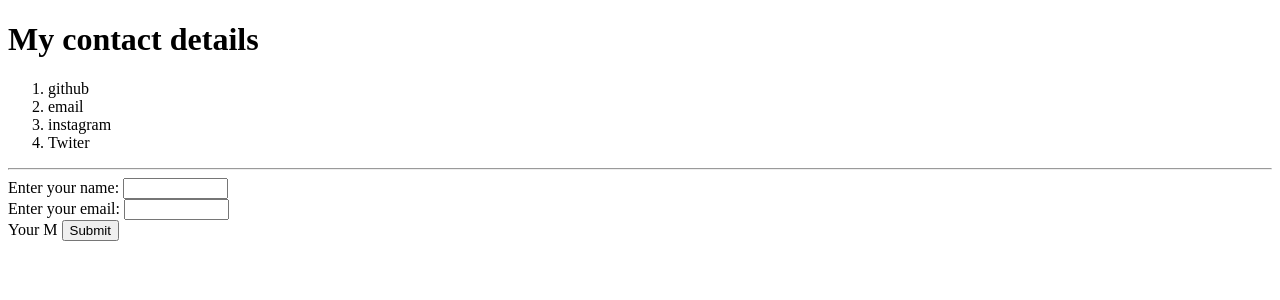
Repository: ew-code/Web-Development
Page: HTML - Personal Site/contact.html
These files come from the project's save history. The page is drawn as it stood at one moment and after the next save; the edit follows.
The browser window is 1280 px wide. The pictures show the whole page.

Above is the page before, as saved 2021-01-04 23:56:52.

After the next save:
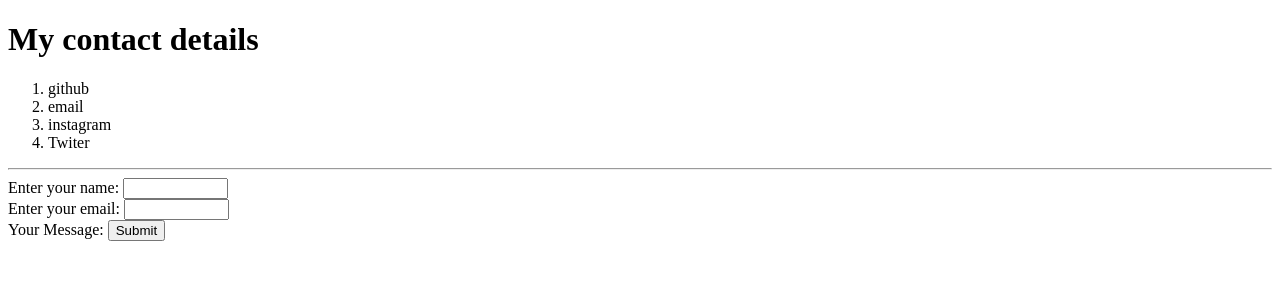
Saved 5 s later.
--- a/HTML - Personal Site/contact.html
+++ b/HTML - Personal Site/contact.html
@@ -22,7 +22,7 @@
     <input type="text" name="name" id="name" minlength="4" maxlength="50" size="10"><br>
     <label for="email">Enter your email:</label>
     <input type="email" name="email" id="email" minlength="4" maxlength="50" size="10"><br>
-    <label>Your M</label>
+    <label>Your Message:</label>
     <input type="submit">
   </form>
 
